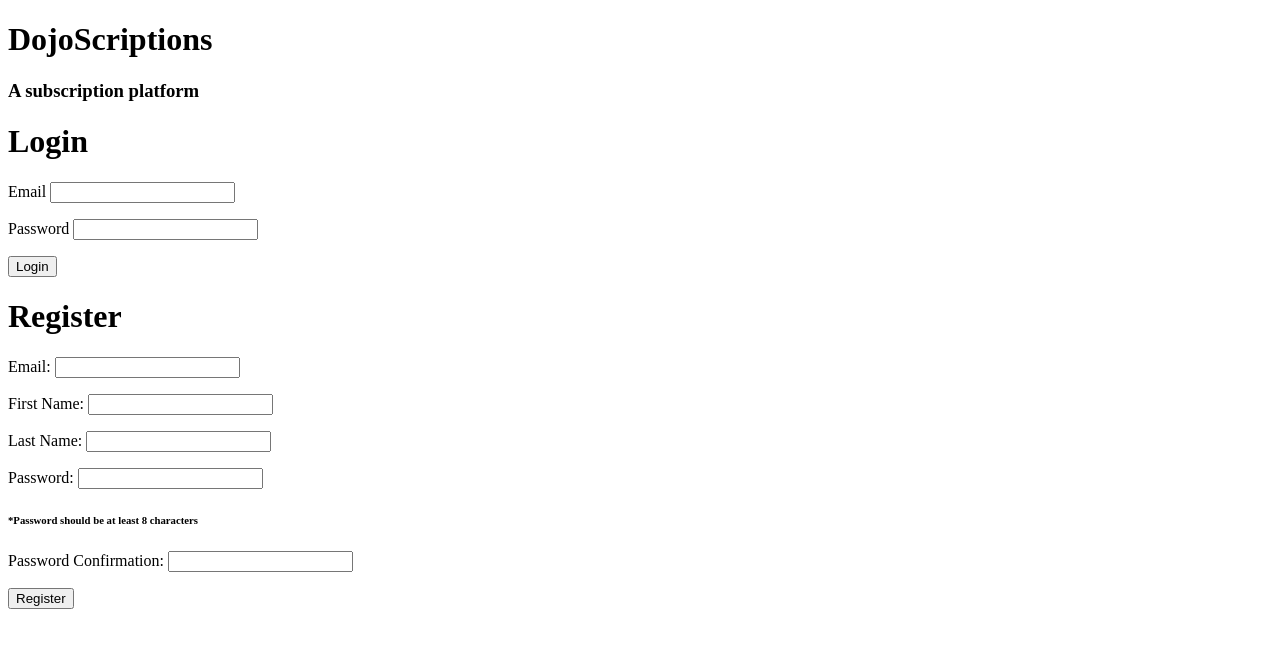
Repository: jshin07/Java
Page: http://localhost/javabelt1/WEB-INF/logReg.jsp
These files come from the project's save history. The page is drawn as it stood at one moment and after the next save; the edit follows.
The browser window is 1280 px wide. The pictures show the whole page.
The page is served by Tomcat 9. Nobody is signed in. Other server files are loaded and not shown. The template is opened directly, without the code that normally fills it, so the values that code supplies are empty.

Above is the page before, as saved 2017-07-27 15:08:53.

### SpringTool/javabelt1/src/main/webapp/WEB-INF/logReg.jsp
<%@ page language="java" contentType="text/html; charset=ISO-8859-1"
    pageEncoding="ISO-8859-1"%>
<%@ taglib prefix="c" uri="http://java.sun.com/jsp/jstl/core" %>
<%@ taglib prefix="form" uri="http://www.springframework.org/tags/form" %>
<!DOCTYPE html PUBLIC "-//W3C//DTD HTML 4.01 Transitional//EN" "http://www.w3.org/TR/html4/loose.dtd">
<html>
<head>
<meta http-equiv="Content-Type" content="text/html; charset=ISO-8859-1">
<title>Login/Register</title>
</head>
<body>
<h1>DojoScriptions</h1>
<h3>A subscription platform</h3>
	<c:if test="${errorMessage != null}">
        <c:out value="${errorMessage}"></c:out>
    </c:if>

 	<c:if test="${logoutMessage != null}">
        <c:out value="${logoutMessage}"></c:out>
    </c:if>

	<h1>Login</h1>
		<form method="POST" action="/login">
    <p>
        <label for="username">Email</label>
        <input type="text" id="username" name="username"/>
    </p>
    <p>
        <label for="password">Password</label>
        <input type="password" id="password" name="password"/>
    </p>
    <input type="hidden" name="${_csrf.parameterName}" value="${_csrf.token}"/>
    <input type="submit" value="Login"/>
</form>


	<h1>Register</h1>

	<p><form:errors path="user.*"/></p>
    <form:form method="POST" action="/register" modelAttribute="user">
        <p>
            <form:label path="email">Email:</form:label>
            <form:input path="email"/>
        </p>
        <p>
            <form:label path="firstName">First Name:</form:label>
            <form:input path="firstName"/>
        </p>
        <p>
            <form:label path="lastName">Last Name:</form:label>
            <form:input path="lastName"/>
        </p>

        <p>
            <form:label path="password">Password:</form:label>
            <form:password path="password"/>
             <h6>*Password should be at least 8 characters</h6>
        </p>
        <p>
            <form:label path="passwordConfirmation">Password Confirmation:</form:label>
            <form:password path="passwordConfirmation"/>
        </p>
        <input type="submit" value="Register"/>
    </form:form>

</body>
</html>

After the next save:
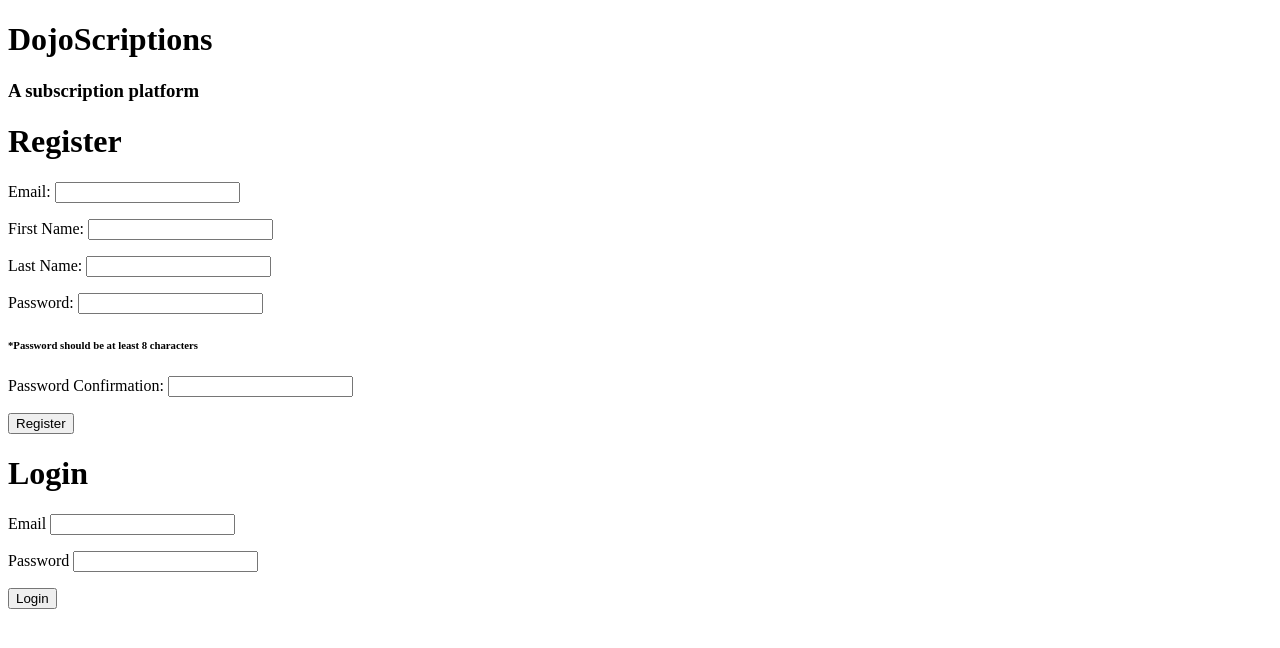
Saved 15 s later.
--- a/SpringTool/javabelt1/src/main/webapp/WEB-INF/logReg.jsp
+++ b/SpringTool/javabelt1/src/main/webapp/WEB-INF/logReg.jsp
@@ -18,20 +18,6 @@
  	<c:if test="${logoutMessage != null}">
         <c:out value="${logoutMessage}"></c:out>
     </c:if>
-
-	<h1>Login</h1>
-		<form method="POST" action="/login">
-    <p>
-        <label for="username">Email</label>
-        <input type="text" id="username" name="username"/>
-    </p>
-    <p>
-        <label for="password">Password</label>
-        <input type="password" id="password" name="password"/>
-    </p>
-    <input type="hidden" name="${_csrf.parameterName}" value="${_csrf.token}"/>
-    <input type="submit" value="Login"/>
-</form>
 
 
 	<h1>Register</h1>
@@ -63,5 +49,24 @@
         <input type="submit" value="Register"/>
     </form:form>
 
+
+
+	<h1>Login</h1>
+		<form method="POST" action="/login">
+    <p>
+        <label for="username">Email</label>
+        <input type="text" id="username" name="username"/>
+    </p>
+    <p>
+        <label for="password">Password</label>
+        <input type="password" id="password" name="password"/>
+    </p>
+    <input type="hidden" name="${_csrf.parameterName}" value="${_csrf.token}"/>
+    <input type="submit" value="Login"/>
+</form>
+
+
+
+
 </body>
 </html>
